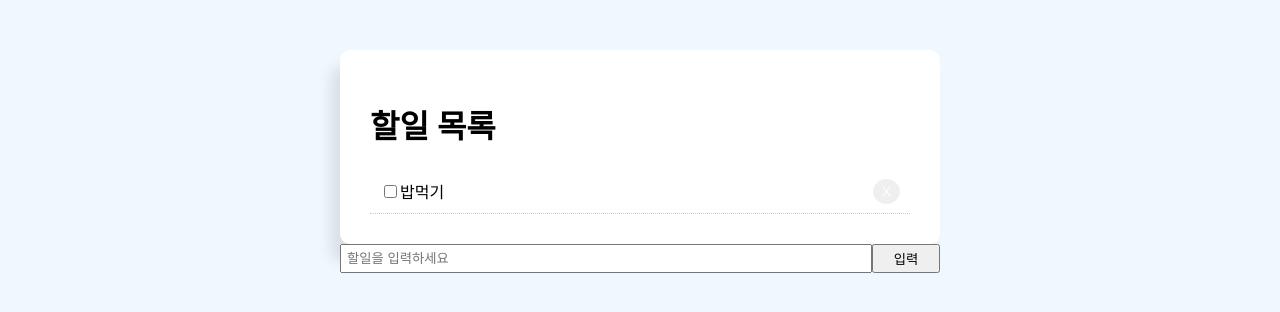
Repository: siwon9898/react-learn
Page: /
These files come from the project's save history. The page is drawn as it stood at one moment and after a run of saves; the edit follows.
The browser window is 1280 px wide. The pictures show the whole page.
The project was rebuilt for these pictures with package versions that can differ from the ones it lists, and the page was loaded fresh each time.

Above is the page before, as saved 2023-03-29 16:39:13.

### public/index.html
<!-- 페이지 템플릿 -->
<!DOCTYPE html>
<html lang="en">
  <head>
    <meta charset="utf-8" />
    <link rel="icon" href="%PUBLIC_URL%/favicon.ico" />
    <meta name="viewport" content="width=device-width, initial-scale=1" />
    <meta name="theme-color" content="#000000" />
    <meta
      name="description"
      content="Web site created using create-react-app"
    />
    <link rel="apple-touch-icon" href="%PUBLIC_URL%/logo192.png" />
    <!--
      manifest.json provides metadata used when your web app is installed on a
      user's mobile device or desktop. See https://developers.google.com/web/fundamentals/web-app-manifest/
    -->
    <link rel="manifest" href="%PUBLIC_URL%/manifest.json" />
    <!--
      Notice the use of %PUBLIC_URL% in the tags above.
      It will be replaced with the URL of the `public` folder during the build.
      Only files inside the `public` folder can be referenced from the HTML.

      Unlike "/favicon.ico" or "favicon.ico", "%PUBLIC_URL%/favicon.ico" will
      work correctly both with client-side routing and a non-root public URL.
      Learn how to configure a non-root public URL by running `npm run build`.
    -->
    <title>React App</title>
  </head>
  <body>
    <noscript>You need to enable JavaScript to run this app.</noscript>
    <div id="root"></div>
    <!--
      This HTML file is a template.
      If you open it directly in the browser, you will see an empty page.

      You can add webfonts, meta tags, or analytics to this file.
      The build step will place the bundled scripts into the <body> tag.

      To begin the development, run `npm start` or `yarn start`.
      To create a production bundle, use `npm run build` or `yarn build`.
    -->
  </body>
</html>

### src/index.js
//js 시작점
import React from 'react';
import ReactDOM from 'react-dom/client';
import './index.css';
import App from './App';
import reportWebVitals from './reportWebVitals';

const root = ReactDOM.createRoot(document.getElementById('root'));
root.render(
  <React.StrictMode>
    <App />
  </React.StrictMode>
);

// If you want to start measuring performance in your app, pass a function
// to log results (for example: reportWebVitals(console.log))
// or send to an analytics endpoint. Learn more: https://bit.ly/CRA-vitals
reportWebVitals();

### src/App.js
import React, { Component } from "react";
import "./App.css";
// export default class App extends Component {
//   btnStyle = {
//     color: "#fff",
//     border: "none",
//     padding: "5px 9px",
//     borderRadius: "50%",
//     cursor: "pointer",
//     float: "right",
//   };

//   getStyle = (completed) => {
//     return {
//       padding: "10px",
//       borderBottom: "1px #ccc dotted",
//       textDecoration: completed ? "line-through" : "none",
//     };
//   };

//   state = {
//     todoData: [],
//     value: "",
//   };

//   handleClick = (id) => {
//     let newTodoData = this.state.todoData.filter((data) => data.id !== id);
//     this.setState({ todoData: newTodoData });
//   };

//   handleChange = (e) => {
//     this.setState({ value: e.target.value });
//   };

//   handleSubmit = (e) => {
//     e.preventDefault(); //form안에서 input 전송(submit)할때 reload 막아줌

//     //새로운 할일 데이터
//     let newTodo = {
//       id: Date.now(),
//       title: this.state.value,
//       completed: false,
//     };
//     //원래있던 할일에 새로운 할일 추가해줌
//     this.setState({ todoData: [...this.state.todoData, newTodo], value: "" });
//   };

//   handleCompleteChange = (id) => {
//     let newTodo = this.state.todoData.map((data) => {
//       if (data.id === id) {
//         data.completed = !data.completed;
//       }
//       return data;
//     });

//     this.setState({ todoData: newTodo });
//   };
//   render() {
//     return (
//       <div className="container">
//         <div className="todoBlock">
//           <div className="title">
//             <h1>할일 목록</h1>
//           </div>
//           {/* map은 배열 요소를 함수를 거쳐 새로운 배열을 반환해준다 */}
//           {this.state.todoData.map((data) => (
//             <div style={this.getStyle(data.completed)} key={data.id}>
//               {/* 여러개의 객체를 넣을때는 unique한 key prop이 있어야함 */}
//               <input
//                 type="checkbox"
//                 defaultChecked={false}
//                 onChange={() => this.handleCompleteChange(data.id)}
//               />
//               {data.title}
//               {/* 중괄호로 넣어야 실제 데이터가 들어감 */}
//               <button
//                 style={this.btnStyle}
//                 onClick={() => this.handleClick(data.id)}
//               >
//                 X
//               </button>
//             </div>
//           ))}

//           <form style={{ display: "flex" }} onSubmit={this.handleSubmit}>
//             <input
//               type="text"
//               name="value"
//               placeholder="할일을 입력하세요"
//               style={{ flex: "10", padding: "5px" }}
//               value={this.state.value}
//               onChange={this.handleChange}
//             />
//             <input
//               type="submit"
//               value="입력"
//               className="btn"
//               style={{ flex: "1" }}
//             />
//           </form>
//         </div>
//       </div>
//     );
//   }
// }

export default class App extends Component {
  btnStyle = {
    color: "#fff",
    border: "none",
    padding: "5px 9px",
    borderRadius: "50%",
    cursor: "pointer",
    float: "right",
  };

  state = {
    TodoData: [
      {
        id: 1,
        title: "밥먹기",
        complete: false,
      },
    ],
    value: "",
  };

  handleClick = (id) => {
    let newTodoData = this.state.TodoData.filter((data) => data.id !== id);
    this.setState({ TodoData: newTodoData });
  };

  handleCompleteChange = (id) => {
    let newTodo = this.state.TodoData.map((data) => {
      if (data.id === id) {
        data.complete = !data.complete;
      }
      return data;
    });
    this.setState({ TodoData: newTodo });
  };

  handleChange = (e) => {
    this.setState({ value: e.target.value });
  };

  handleSubmit = (e) => {
    e.preventDefault();

    let newTodo = {
      id: Date.now(),
      title: this.state.value,
      complete: false,
    };
    this.setState({ TodoData: [...this.state.TodoData, newTodo], value: "" });
  };

  getStyle = (complete) => {
    return {
      padding: "10px",
      borderBottom: "1px #ccc dotted",
      textDecoration: complete ? "line-through" : "none",
    };
  };

  render() {
    return (
      <div className="container">
        <div className="todoBlock">
          <div className="title">
            <h1>할일 목록</h1>
          </div>
          {this.state.TodoData.map((data) => (
            <div style={this.getStyle(data.complete)} key={data.id}>
              <input
                type="checkbox"
                defaultChecked={false}
                onChange={() => this.handleCompleteChange(data.id)}
              />
              {data.title}
              <button
                style={this.btnStyle}
                onClick={() => this.handleClick(data.id)}
              >
                X
              </button>
            </div>
          ))}
        </div>
        <form style={{ display: "flex" }} onSubmit={this.handleSubmit}>
          <input
            style={{ flex: 10, padding: "5px" }}
            type="text"
            name="value"
            placeholder="할일을 입력하세요"
            value={this.state.value}
            onChange={this.handleChange}
          />
          <input
            className="btn"
            style={{ flex: 1 }}
            type="submit"
            value="입력"
          />
        </form>
      </div>
    );
  }
}

### src/App.css

.container {
  margin: auto;
  max-width: 600px;
}

.todoBlock {
  padding: 30px;
  margin-top: 50px;
  background-color: #fff;
  border-radius: 10px;
  box-shadow: -9px 17px 13px rgb(0,0,0,0.1);
}

Loaded but not shown: src/index.css (common file); src/reportWebVitals.js (common file)

After the next 5 saves:
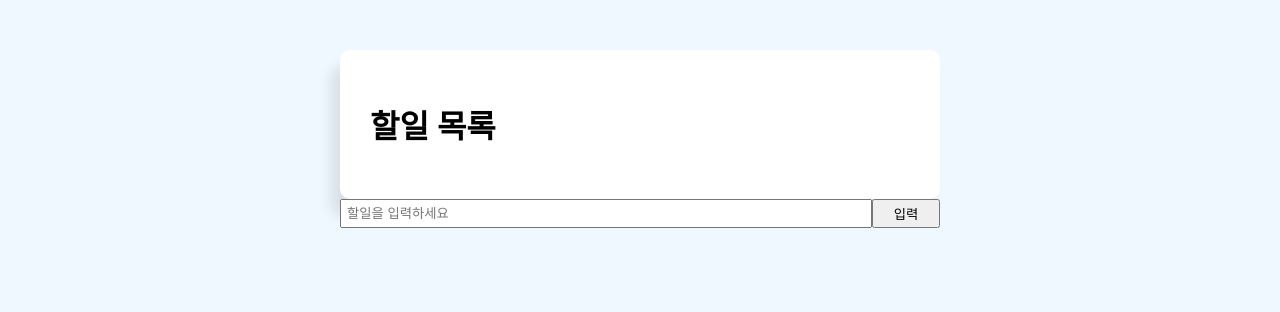
The 5 saves are shown as one change because 4 did not build or start.
The last was saved 17 h 46 min later.
--- a/src/App.js
+++ b/src/App.js
@@ -1,4 +1,5 @@
-import React, { Component } from "react";
+import React from "react";
+import { useState } from "react";
 import "./App.css";
 // export default class App extends Component {
 //   btnStyle = {
@@ -104,8 +105,8 @@ import "./App.css";
 //   }
 // }
 
-export default class App extends Component {
-  btnStyle = {
+export default function App() {
+  const btnStyle = {
     color: "#fff",
     border: "none",
     padding: "5px 9px",
@@ -114,48 +115,41 @@ export default class App extends Component {
     float: "right",
   };
 
-  state = {
-    TodoData: [
-      {
-        id: 1,
-        title: "밥먹기",
-        complete: false,
-      },
-    ],
-    value: "",
+  const [TodoData, setTodoData] = useState([]);
+  const [value, setValue] = useState("");
+
+  const handleClick = (id) => {
+    let newTodoData = TodoData.filter((data) => data.id !== id);
+    setTodoData(newTodoData);
   };
 
-  handleClick = (id) => {
-    let newTodoData = this.state.TodoData.filter((data) => data.id !== id);
-    this.setState({ TodoData: newTodoData });
-  };
-
-  handleCompleteChange = (id) => {
-    let newTodo = this.state.TodoData.map((data) => {
+  const handleCompleteChange = (id) => {
+    let newTodo = TodoData.map((data) => {
       if (data.id === id) {
         data.complete = !data.complete;
       }
       return data;
     });
-    this.setState({ TodoData: newTodo });
+    setTodoData(newTodo);
   };
 
-  handleChange = (e) => {
-    this.setState({ value: e.target.value });
+  const handleChange = (e) => {
+    setValue(e.target.value);
   };
 
-  handleSubmit = (e) => {
+  const handleSubmit = (e) => {
     e.preventDefault();
 
     let newTodo = {
       id: Date.now(),
-      title: this.state.value,
+      title: value,
       complete: false,
     };
-    this.setState({ TodoData: [...this.state.TodoData, newTodo], value: "" });
+    setTodoData((prev) => [...prev, newTodo]);
+    setValue("");
   };
 
-  getStyle = (complete) => {
+  const getStyle = (complete) => {
     return {
       padding: "10px",
       borderBottom: "1px #ccc dotted",
@@ -163,47 +157,37 @@ export default class App extends Component {
     };
   };
 
-  render() {
-    return (
-      <div className="container">
-        <div className="todoBlock">
-          <div className="title">
-            <h1>할일 목록</h1>
+  return (
+    <div className="container">
+      <div className="todoBlock">
+        <div className="title">
+          <h1>할일 목록</h1>
+        </div>
+        {TodoData.map((data) => (
+          <div style={getStyle(data.complete)} key={data.id}>
+            <input
+              type="checkbox"
+              defaultChecked={false}
+              onChange={() => handleCompleteChange(data.id)}
+            />
+            {data.title}
+            <button style={btnStyle} onClick={() => handleClick(data.id)}>
+              X
+            </button>
           </div>
-          {this.state.TodoData.map((data) => (
-            <div style={this.getStyle(data.complete)} key={data.id}>
-              <input
-                type="checkbox"
-                defaultChecked={false}
-                onChange={() => this.handleCompleteChange(data.id)}
-              />
-              {data.title}
-              <button
-                style={this.btnStyle}
-                onClick={() => this.handleClick(data.id)}
-              >
-                X
-              </button>
-            </div>
-          ))}
-        </div>
-        <form style={{ display: "flex" }} onSubmit={this.handleSubmit}>
-          <input
-            style={{ flex: 10, padding: "5px" }}
-            type="text"
-            name="value"
-            placeholder="할일을 입력하세요"
-            value={this.state.value}
-            onChange={this.handleChange}
-          />
-          <input
-            className="btn"
-            style={{ flex: 1 }}
-            type="submit"
-            value="입력"
-          />
-        </form>
+        ))}
       </div>
-    );
-  }
+      <form style={{ display: "flex" }} onSubmit={handleSubmit}>
+        <input
+          style={{ flex: 10, padding: "5px" }}
+          type="text"
+          name="value"
+          placeholder="할일을 입력하세요"
+          value={value}
+          onChange={handleChange}
+        />
+        <input className="btn" style={{ flex: 1 }} type="submit" value="입력" />
+      </form>
+    </div>
+  );
 }
